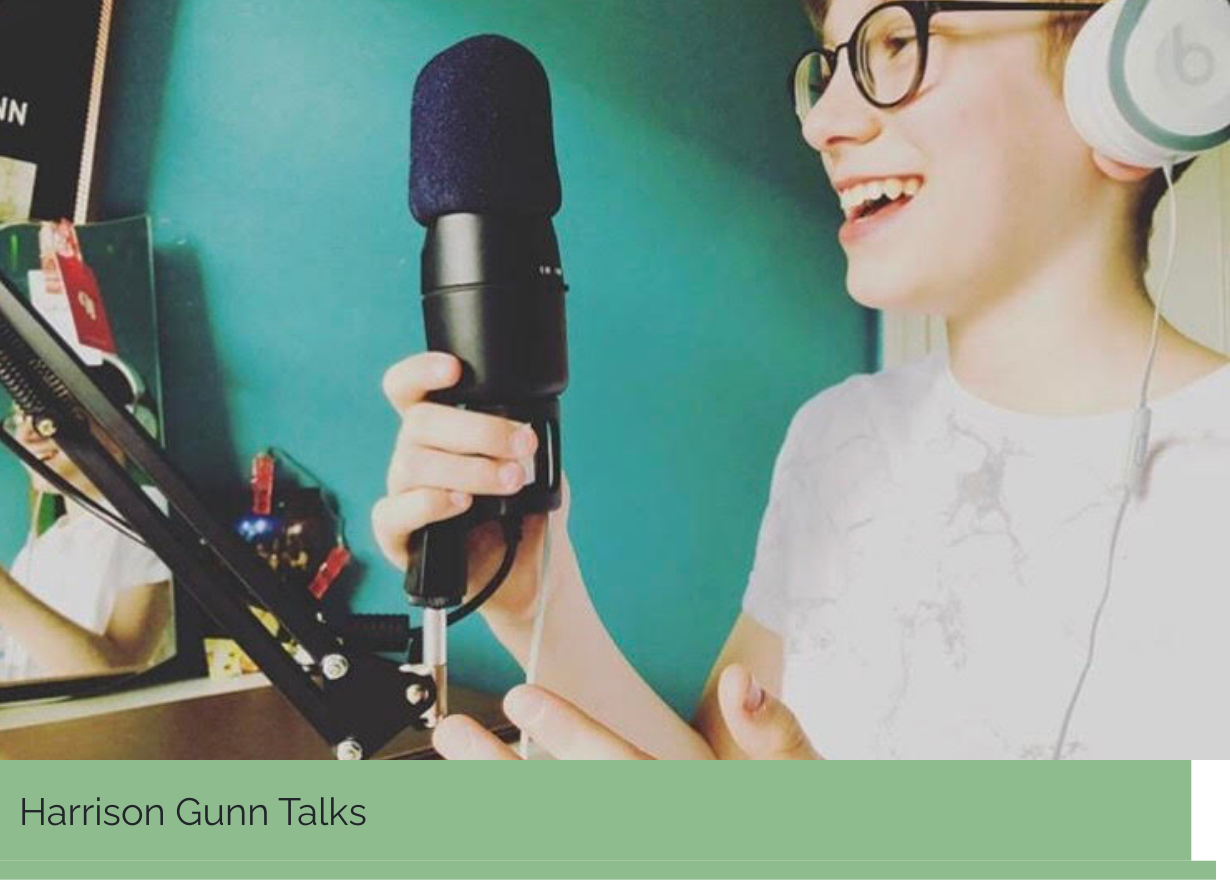
Repository: Leannald13/user-centric-milestone-project
Page: index.html
The author's editor kept a record of every edit. The page is drawn from the files as they stood at one moment, then again after the next edit.
The browser window is 1280 px wide. The page is 1295 px wide, so the pictures cover 1295 px, including what lies to the right of the window. The pictures show the whole page, at 95% of full size.

Above is the page before.

After the next edit:
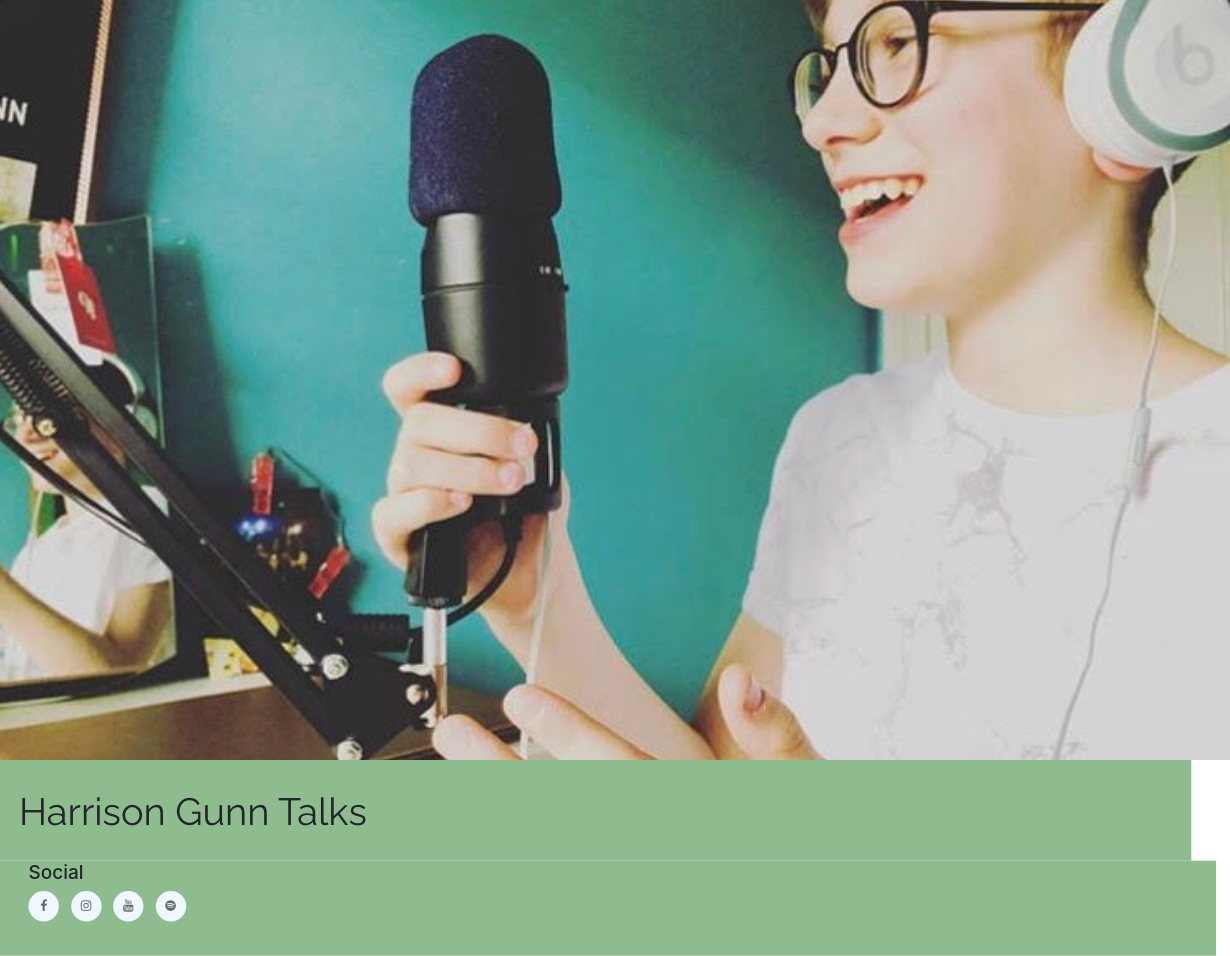
The edit:
--- a/index.html
+++ b/index.html
@@ -1,15 +1,17 @@
 <!DOCTYPE html>
 <html lang="en">
+
 <head>
     <meta charset="UTF-8">
     <meta name="viewport" content="width=device-width, initial-scale=1.0">
     <meta http-equiv="X-UA-Compatible" content="ie=edge">
-     <link rel="stylesheet" href="https://stackpath.bootstrapcdn.com/bootstrap/4.3.1/css/bootstrap.min.css" type="text/css" />
+    <link rel="stylesheet" href="https://stackpath.bootstrapcdn.com/bootstrap/4.3.1/css/bootstrap.min.css" type="text/css" />
     <link rel="stylesheet" href="https://cdnjs.cloudflare.com/ajax/libs/hover.css/2.3.1/css/hover-min.css" type="text/css" />
     <link rel="stylesheet" href="https://stackpath.bootstrapcdn.com/font-awesome/4.7.0/css/font-awesome.min.css" type="text/css" />
-      <link rel="stylesheet" href="assets/css/style.css" type="text/css" />
+    <link rel="stylesheet" href="assets/css/style.css" type="text/css" />
     <title>Harrison</title>
 </head>
+
 <body>
     <header>
         <div class="row">
@@ -24,14 +26,44 @@
                         <h1 class="name">Harrison Gunn Talks</h1>
                     </div>
                 </div>
-        </div>
+            </div>
 
     </header>
     <section>
 
     </section>
     <footer>
-
+        <div class="container-fluid">
+            <div class="col sm-12">
+                <h5 class="uppercase general-sub">Social</h5>
+                <ul class="list-inline social-links">
+                    <li class="list-inline-item">
+                        <a target="_blank" href="#">
+                           <i class="fa fa-facebook" aria-hidden="true"></i>
+                           <span class="sr-only">Facebook</span>
+                        </a>
+                    </li>
+                    <li class="list-inline-item">
+                        <a target="_blank" href="#">
+                           <i class="fa fa-instagram" aria-hidden="true"></i>
+                           <span class="sr-only">Instagram</span>
+                        </a>
+                    </li>
+                    <li class="list-inline-item">
+                        <a target="_blank" href="#">
+                           <i class="fa fa-youtube" aria-hidden="true"></i>
+                           <span class="sr-only">YouTube</span>
+                           </a>
+                    </li>
+                    <li class="list-inline-item">
+                        <a target="_blank" href="#">
+                           <i class="fa fa-spotify" aria-hidden="true"></i>
+                           <span class="sr-only">Spotify</span>
+                           </a>
+                    </li>
+            </div>
+        </div>
     </footer>
 </body>
+
 </html>
